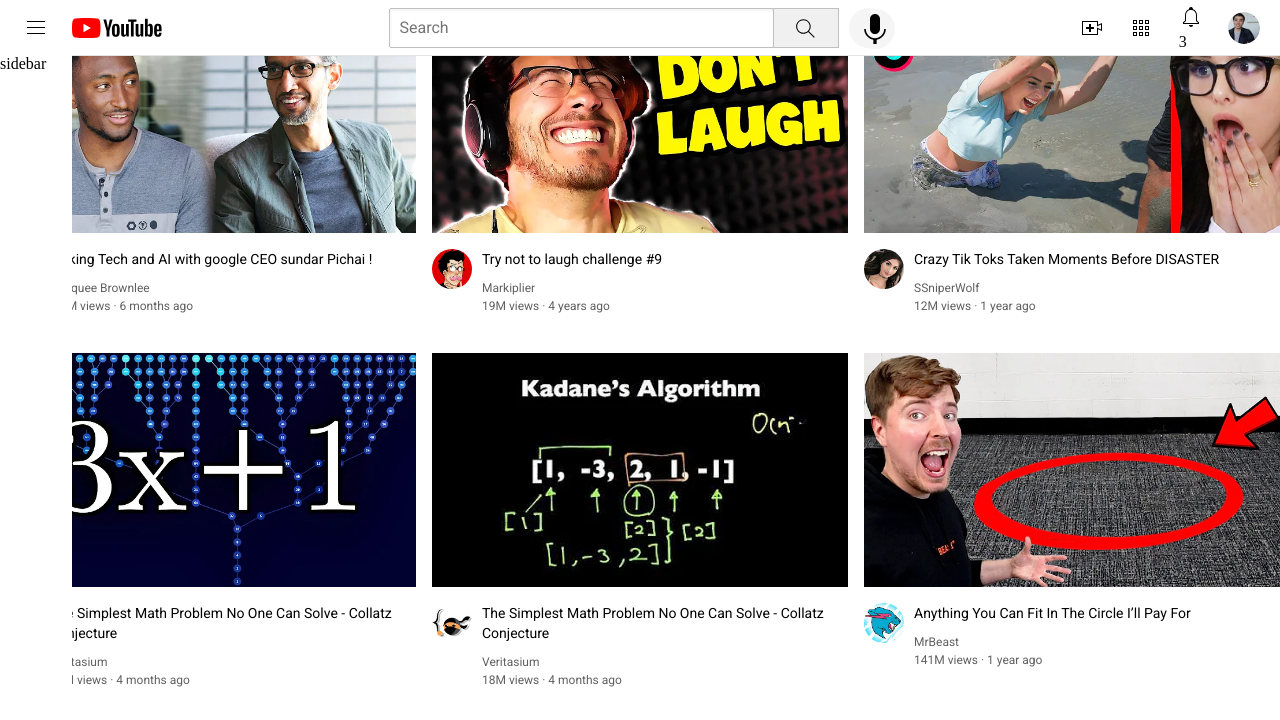
Repository: knowledgeAlan/html-css-fifteen
Page: youtube.html
These files come from the project's save history. The page is drawn as it stood at one moment and after the next save; the edit follows.
The browser window is 1280 px wide. The pictures show the whole page.

Above is the page before, as saved 2024-04-11 11:39:39.

After the next save:
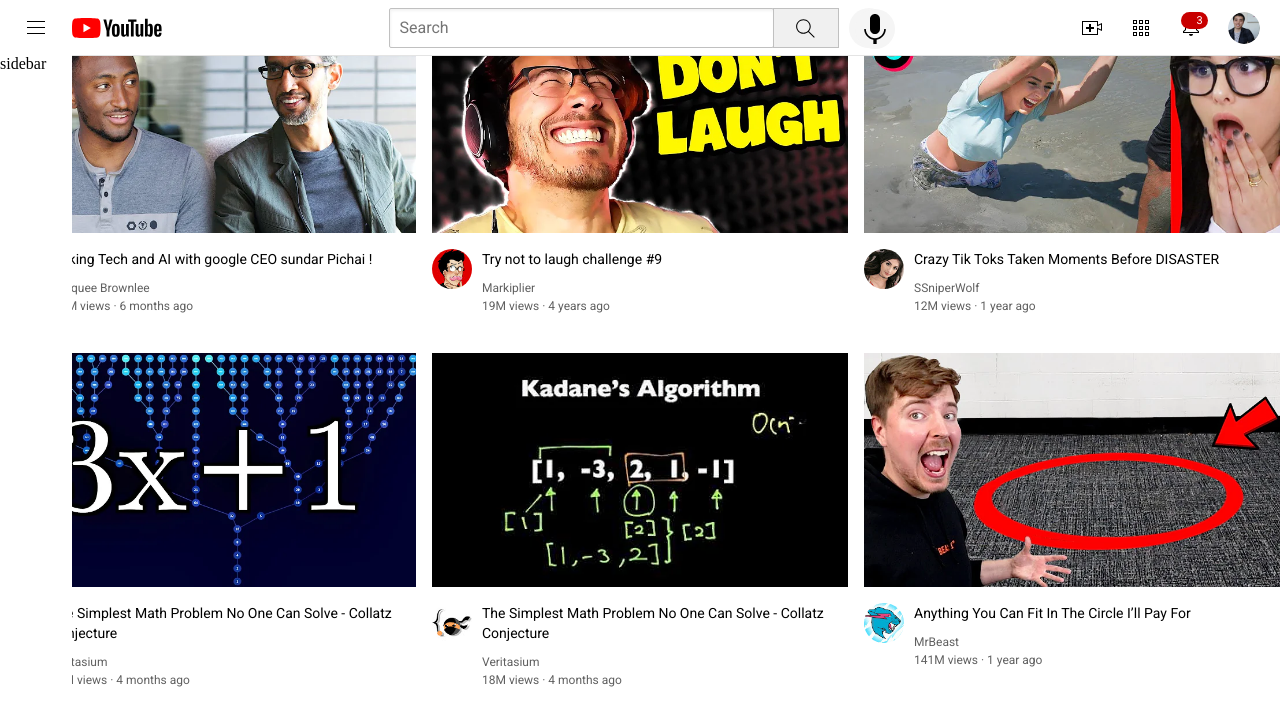
Saved 76 s later.
--- a/youtube.html
+++ b/youtube.html
@@ -44,7 +44,7 @@
                 <img class="youtube-apps-icon" src="icons/youtube-apps.svg">
                 <div class="notifications-icon-container">
                     <img class="notifications-icon" src="icons/notifications.svg">
-                    <div class="notificaitons-count">3</div>
+                    <div class="notifications-count">3</div>
                 </div>
 
                 <img class="current-user-picture" src="channel-pictures/my-channel.jpeg">
